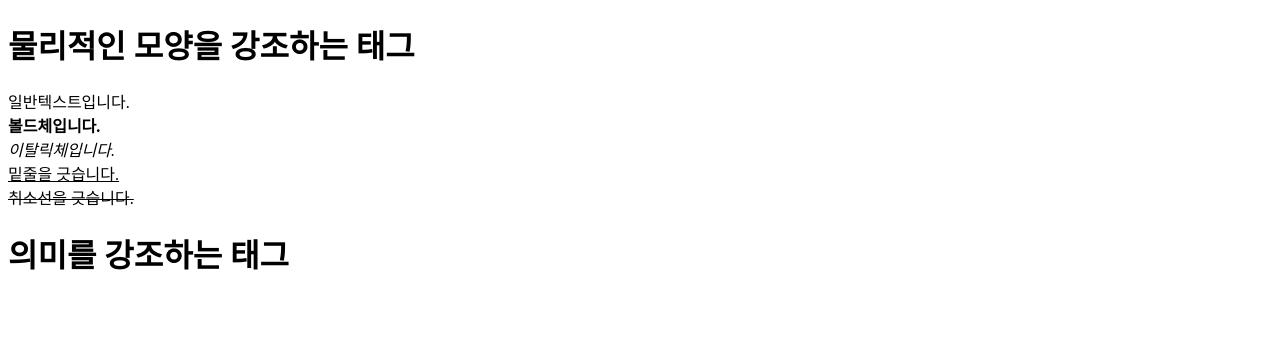
Repository: zzzzzzin/Client
Page: ClientTest/src/main/webapp/html/ex10_style.html
The author's editor kept a copy of each file at every save. The page is drawn from the files as they stood at one save, then again after the next save.
The browser window is 1280 px wide. The pictures show the whole page.

Above is the page before, as saved 2024-03-13 01:13:14.

After the next save:
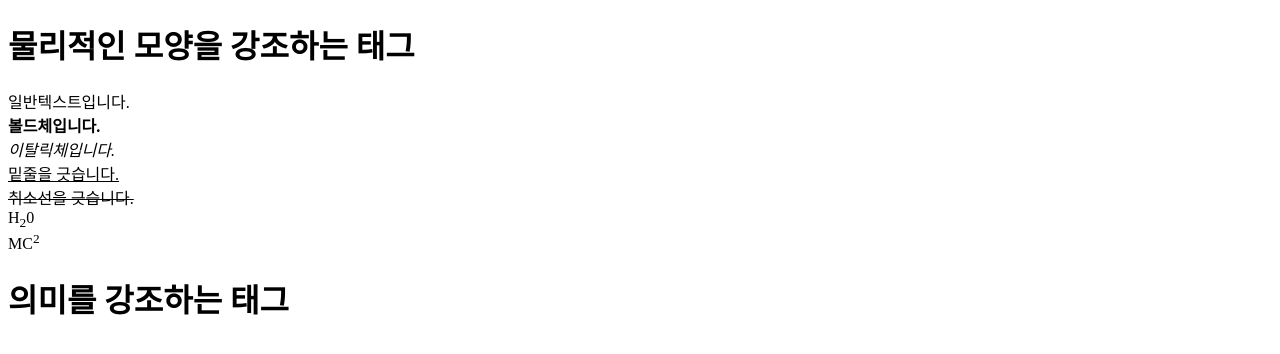
Saved 56 s later.
--- a/ClientTest/src/main/webapp/html/ex10_style.html
+++ b/ClientTest/src/main/webapp/html/ex10_style.html
@@ -11,6 +11,8 @@
 	<i>이탈릭체입니다.</i><br>
 	<u>밑줄을 긋습니다.</u><br>
 	<strike>취소선을 긋습니다.</strike><br>
+	H<sub>2</sub>0<br>
+	MC<sup>2</sup><br>
 
 
 
